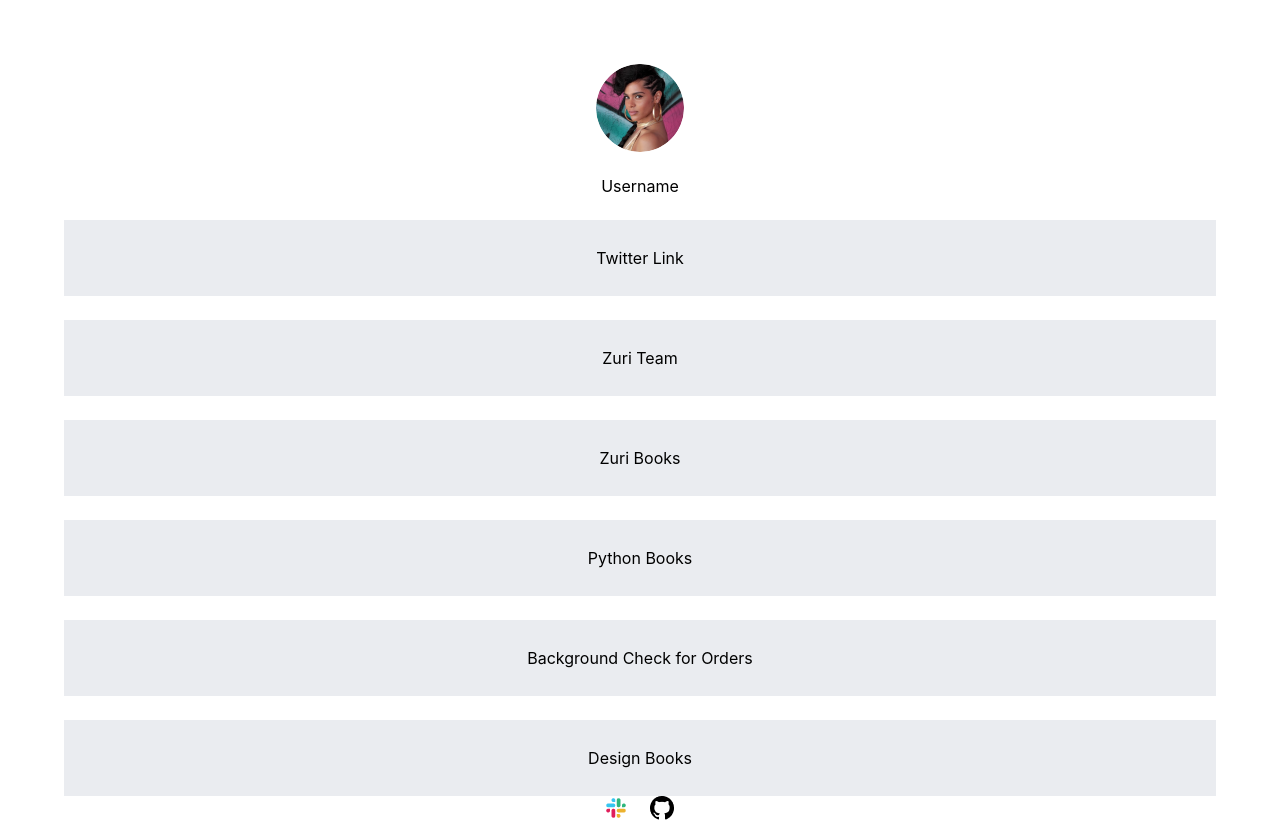
Repository: uh-sman/Zuri-task-one
Page: /
The author's editor kept a copy of each file at every save. The page is drawn from the files as they stood at one save, then again after the next save.
The browser window is 1280 px wide. The pictures show the whole page.
The project was rebuilt for these pictures with package versions that can differ from the ones it lists, and the page was loaded fresh each time.

Above is the page before, as saved 2022-10-23 19:41:40.

### src/App.js
import "./App.css";
import Home from "./Components/Home";

function App() {
  return (
    <div className="App">
      <Home />
    </div>
  );
}

export default App;

### src/Components/Home.js
import React from "react";
import Body from "./Body";

import Dashboard from "./Dashboard";
const Home = () => {
  return (
    <div>
      <Dashboard />
      <Body />
    </div>
  );
};

export default Home;

### src/Components/Body.js
import { useState } from "react";
import "./body.css";
import github from "./assets/Icon.png";
import slack from "./assets/slack.png";
import { data } from "../dummy";
const Body = () => {
  //   const [data, setData] = useState([]);

  return (
    <div>
      {data.map(({ id, title, description, link }) => (
        <div key={id} className="body-container">
          <div className="box">
            <a>{title}</a>
          </div>
        </div>
      ))}
      <div className="icons">
        <img src={slack} />
        <img src={github} />
      </div>
    </div>
  );
};

export default Body;

### src/Components/Dashboard.js
import React from "react";
import profile from "./assets/profile.png";
import "./dashboard.css";
const Dashboard = () => {
  return (
    <div className="dashboard">
      <div className="dashboard-container">
        <img className="image" src={profile} />
        <div className="text-section">
          <p>Username{}</p>
        </div>
      </div>
    </div>
  );
};

export default Dashboard;

### src/Components/body.css
.body-container {
  display: flex;
  flex-direction: column;
  align-items: center;
  padding: 0px;
  /* margin-top: 56px; */
  /* gap: 24px; */
  /* isolation: isolate; */
}
.box {
  display: flex;
  flex-direction: column;
  justify-content: center;
  align-items: center;
  padding: 24px 32px;
  /* gap: 8px; */
  margin-top: 24px;
  background-color: #eaecf0;
  width: 1152px;
  height: 76px;
}
.icons {
  display: flex;
  justify-content: center;
  align-items: center;
  gap: 24px;
}

### src/dummy.js
export const data = [
  {
    id: "",
    title: "Twitter Link",
    link: "",
  },
  {
    id: "btn_zuri",
    title: "Zuri Team",
    description: "",
    link: "https://training.zuri.team/",
  },
  {
    id: "books",
    title: "Zuri Books",
    description: "",
    link: "http://books.zuri.team ",
  },
  {
    id: " book_python",
    title: "Python Books",
    description: "https://books.zuri.team",
    link: "",
  },
  {
    id: "pitch",
    title: "Background Check for Orders",
    description: "",
    link: " https://background.zuri.team",
  },
  {
    id: "book__design",
    title: "Design Books",
    description: "",
    link: "https://books.zuri.team/design-rules",
  },
];

### src/Components/dashboard.css
/* .dashboard {
  background-color: red;
  width: 100px;
  height: 100px;
} */
.dashboard-container {
  display: flex;
  flex-direction: column;
  justify-content: center;
  margin: auto;
  align-items: center;
}
.image {
  height: 88px;
  width: 88px;
  left: 532px;
  top: 0px;
  border-radius: 275px;
  margin-top: 64px;
}
.text-section {
  margin-top: 24px;
}

Loaded but not shown: public/index.html (common file); src/index.js (common file); src/index.css (common file); src/reportWebVitals.js (common file); src/App.css (common file)

After the next save:
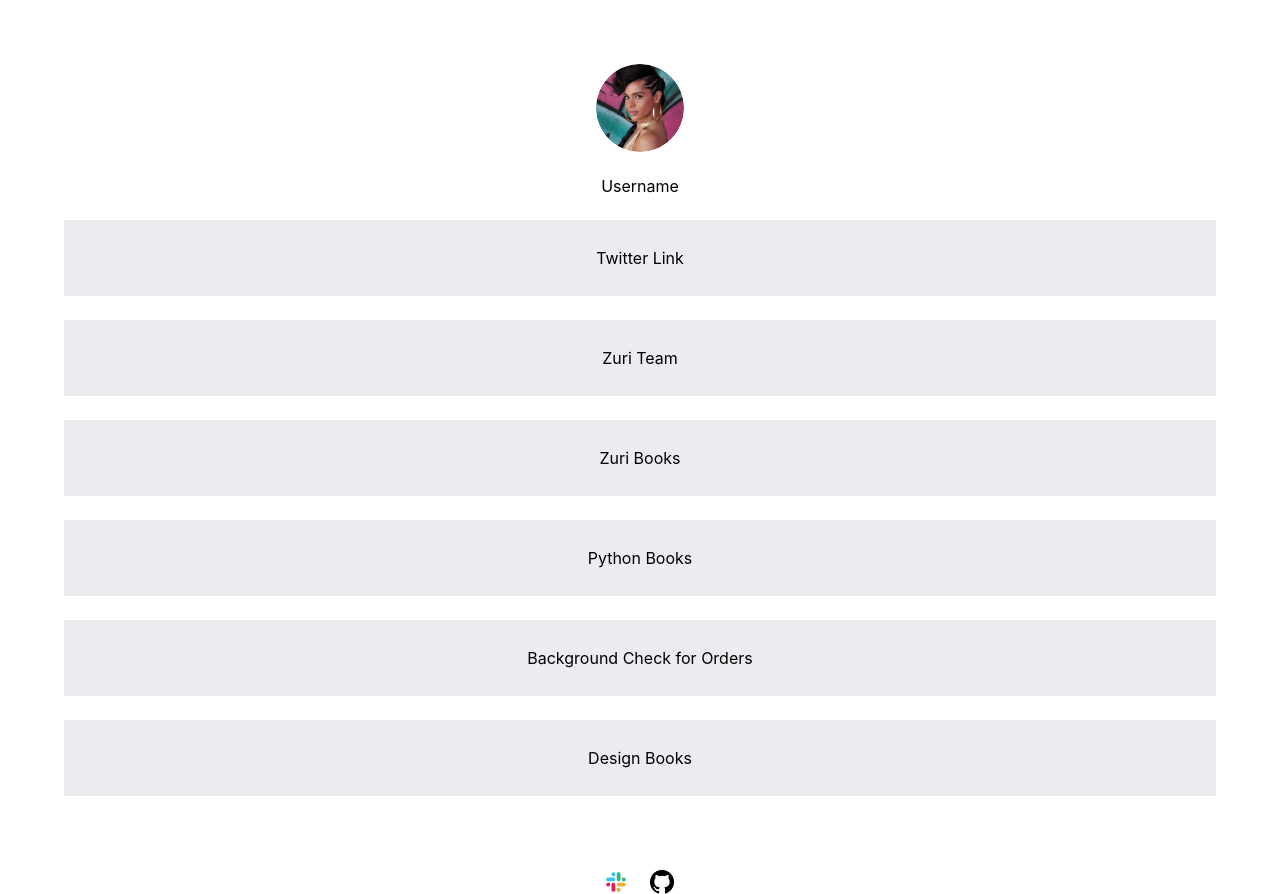
Saved 21 s later.
--- a/src/Components/body.css
+++ b/src/Components/body.css
@@ -20,6 +20,7 @@
   height: 76px;
 }
 .icons {
+  margin-top: 74px;
   display: flex;
   justify-content: center;
   align-items: center;
